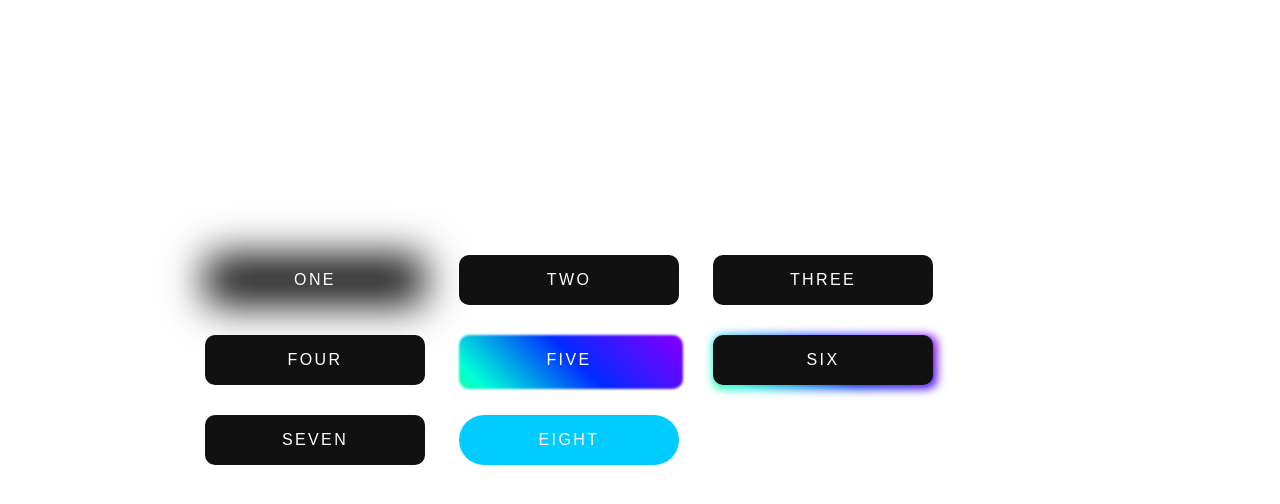
Repository: DanyalNajeeb/dns-button
Page: index.html
An editor plug-in stored every save of this project. The page is shown before and after the next save, followed by the edit.
The browser window is 1280 px wide. The pictures show the whole page.

Above is the page before, as saved 2021-01-11 16:11:24.

After the next save:
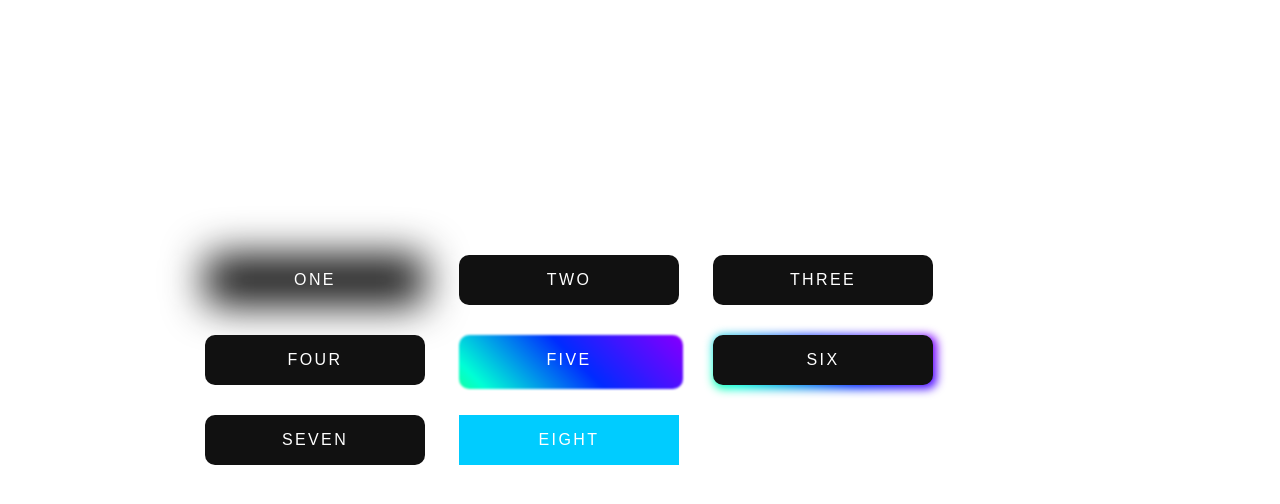
Saved 12 s later.
--- a/css/dns-button.css
+++ b/css/dns-button.css
@@ -130,7 +130,6 @@
     width: 100%;
     height: 100%;
     background-color: #0cf;
-    border-radius: 10rem;
     z-index: -2;
 }
 .dns-button.slideIn::before{
